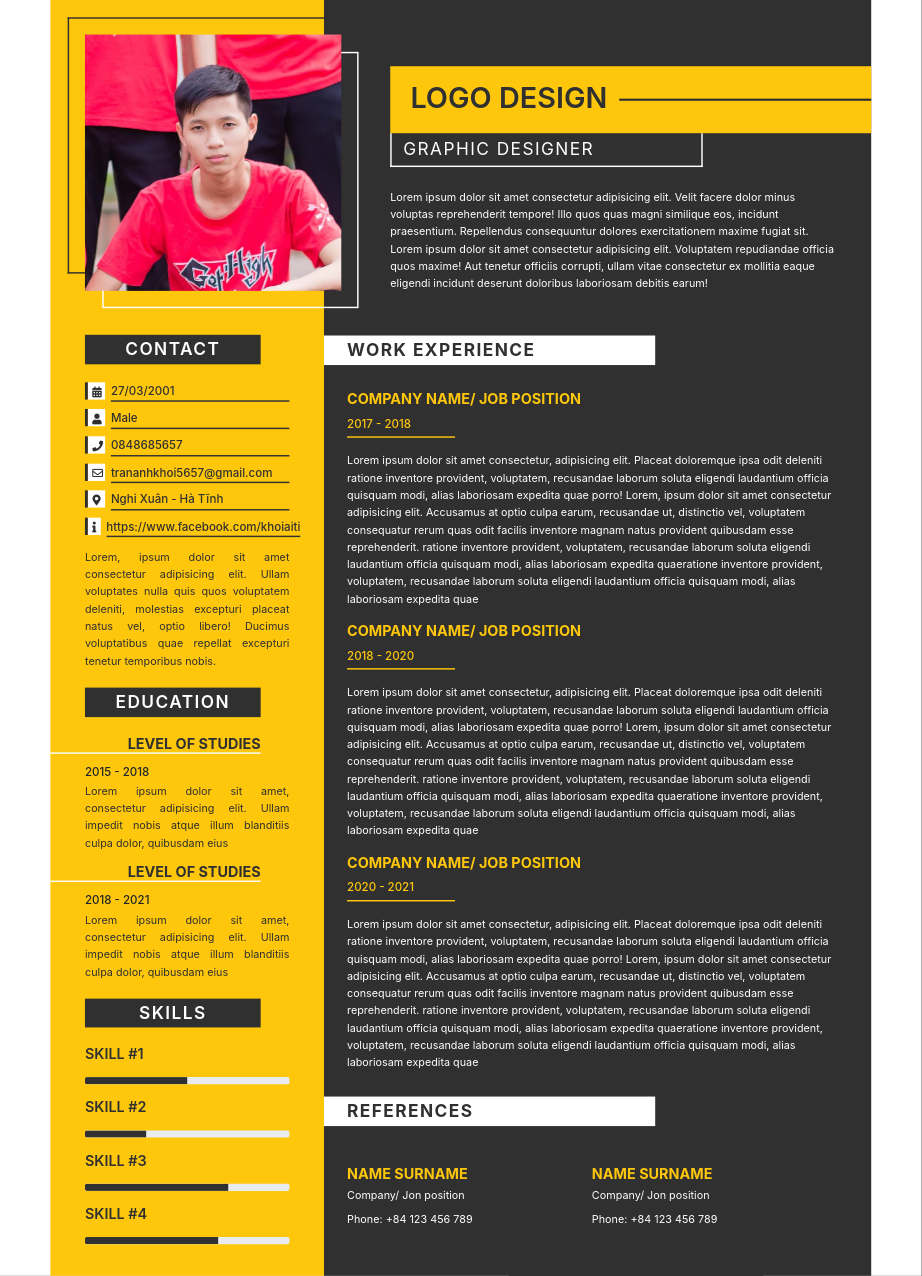
Repository: khoitadev/myCV
Page: index.html
An editor plug-in stored every save of this project. The page is shown before and after the next save, followed by the edit.
The browser window is 1280 px wide. The pictures show the whole page, at 72% of full size.
Some web libraries are served in a nearby version.

Above is the page before, as saved 2022-02-11 22:28:02.

After the next save:
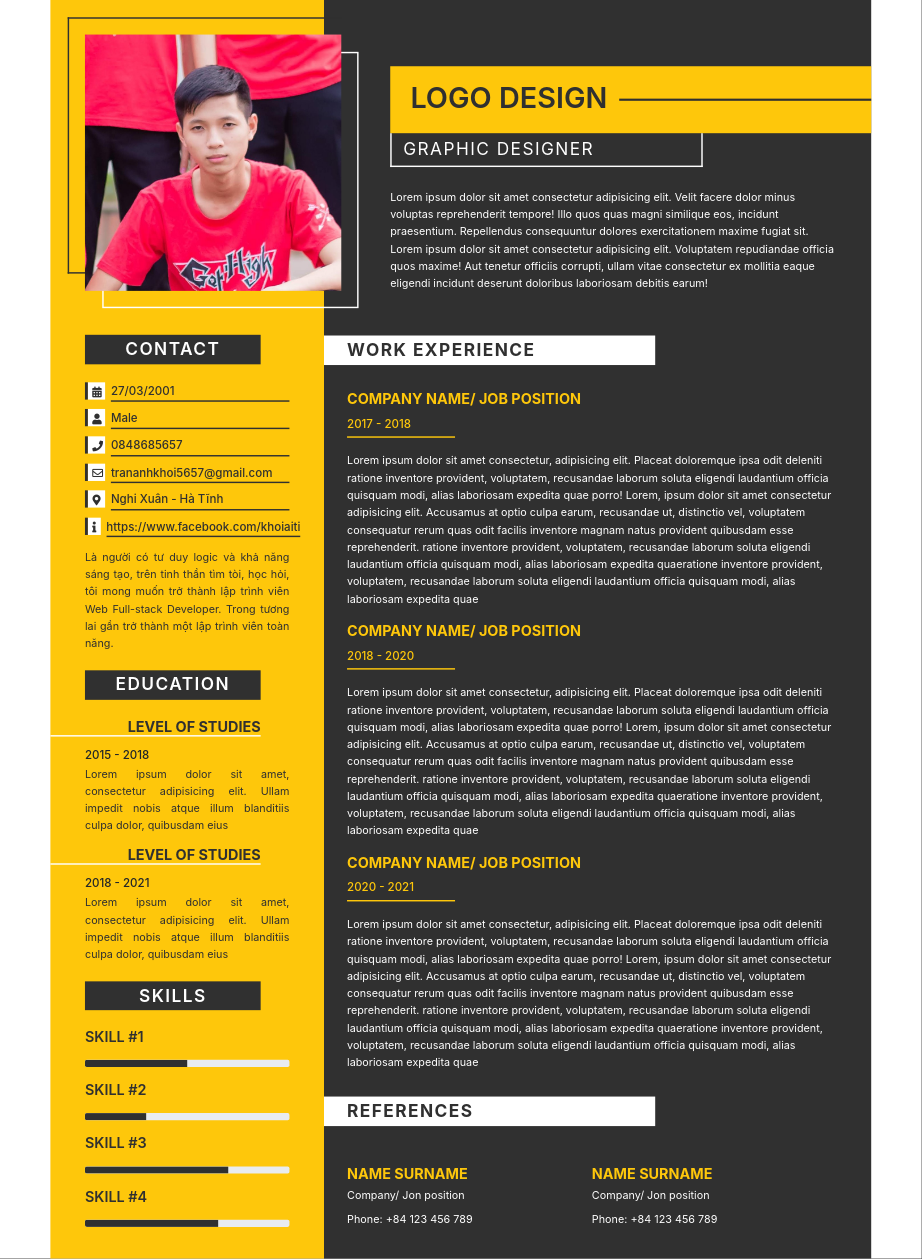
Saved 91 s later.
--- a/index.html
+++ b/index.html
@@ -63,7 +63,8 @@
               >
             </p>
             <p class="text description">
-              Lorem, ipsum dolor sit amet consectetur adipisicing elit. Ullam voluptates nulla quis quos voluptatem deleniti, molestias excepturi placeat natus vel, optio libero! Ducimus voluptatibus quae repellat excepturi tenetur temporibus nobis.
+            Là người có tư duy logic và khả năng sáng tạo, trên tinh thần tìm tòi, học hỏi, tôi mong muốn trở
+            thành lập trình viên Web Full-stack Developer. Trong tương lai gần trở thành một lập trình viên toàn năng.
             </p>
             <h2 class="heading__left">EDUCATION</h2>
             <h3 class="edu__heading">LEVEL OF STUDIES</h3>
